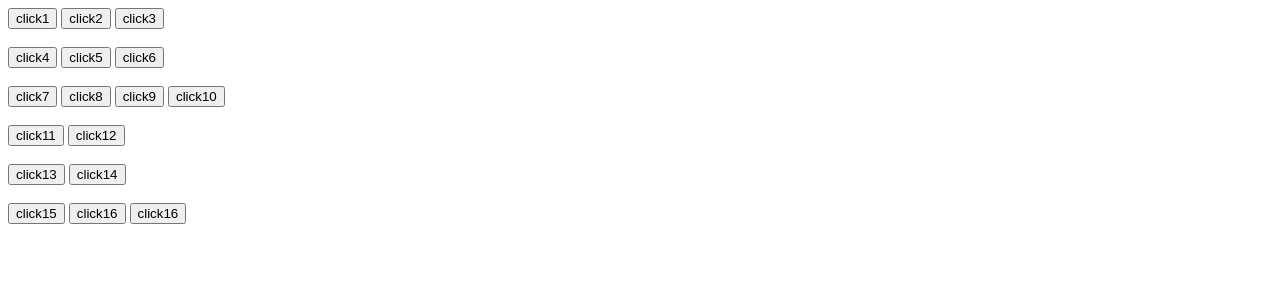
Repository: Jeong43/WebStudy
Page: JsonApp/WebContent/JsonTest07.html
An editor plug-in stored every save of this project. The page is shown before and after the next save, followed by the edit.
The browser window is 1280 px wide. The pictures show the whole page.

Above is the page before, as saved 2021-12-09 02:10:51.

### JsonApp/WebContent/JsonTest07.html
<!DOCTYPE html>
<html>
<head>
<meta charset="UTF-8">
<title>JsonTest07.html</title>
<script type="text/javascript">

	var myJsonObj7 =
	[
		"test"
	]

	var myJsonObj7_1 =
	[
		"test1", "test2"
	]

	var myJsonObj7_2 =
	[
		"test1", "test2", 123, 123+1
	]

</script>
</head>
<body>

<form action="">
	<!--@ → 더미로 보인다! -->
	<input type="button" value="click1" onclick="alert(myJsonObj7)" />
	<!-- → test -->

	<input type="button" value="click2" onclick="alert(myJsonObj7_1)" />
	<!-- → test1,test2 -->

	<input type="button" value="click3" onclick="alert(myJsonObj7_2)" />
	<!-- → test1,test2,123,124 -->

	<br /><br />

	<input type="button" value="click4" onclick="alert(typeof myJsonObj7)" />
	<!-- → object -->

	<input type="button" value="click5" onclick="alert(typeof myJsonObj7_1)" />
	<!-- → object -->

	<input type="button" value="click6" onclick="alert(typeof myJsonObj7_2)" />
	<!-- → object -->

	<br><br>

	<input type="button" value="click7" onclick="alert(myJsonObj7[0])" />
	<!-- → test -->

	<input type="button" value="click8" onclick="alert(typeof myJsonObj7[0])" />
	<!-- → string -->

	<input type="button" value="click9" onclick="alert(myJsonObj7[1])" />
	<!-- → undefined -->

	<input type="button" value="click10" onclick="alert(typeof myJsonObj7[1])" />
	<!-- → undefined -->

	<br /><br />

	<input type="button" value="click11" onclick="alert(myJsonObj7_1[0] + myJsonObj7_1[1])" />
	<!-- → test1test2 -->

	<input type="button" value="click12" onclick="alert(typeof (myJsonObj7_1[0] + myJsonObj7_1[1]))" />
	<!-- → string -->

	<br /><br />

	<input type="button" value="click13" onclick="alert(myJsonObj7_2[2] + myJsonObj7_2[3])" />
	<!-- → 247 -->

	<input type="button" value="click14" onclick="alert(typeof (myJsonObj7_2[2] + myJsonObj7_2[3]))" />
	<!-- → number -->

	<br><br>

	<input type="button" value="click15" onclick="alert(myJsonObj7_1[0] + myJsonObj7_1[2])" />
	<!-- → test1undefined -->

	<input type="button" value="click16" onclick="alert(typeof(myJsonObj7_1[0] + myJsonObj7_1[2]))" />
	<!-- → string -->

	<!-- check~!!! -->
	<input type="button" value="click16" onclick="alert(myJsonObj7_2[3] + myJsonObj7_2[4])" />
	<!-- 숫자 + 정의되지 않은 타입의 결합 -->


</form>

</body>
</html>

After the next save:
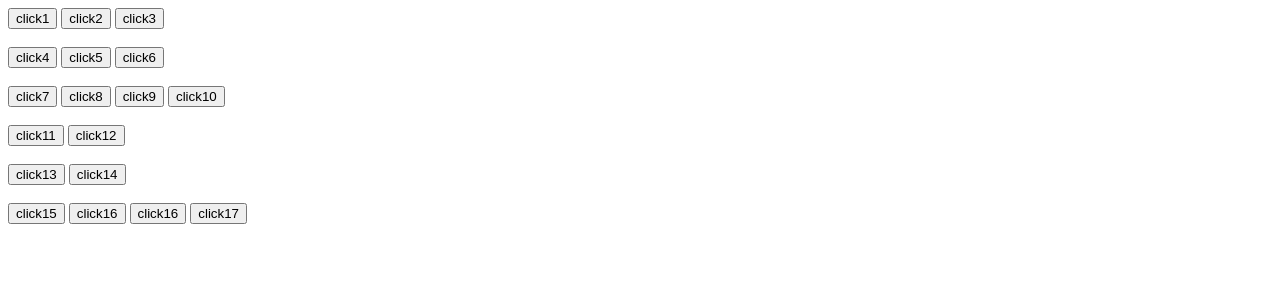
Saved 44 s later.
--- a/JsonApp/WebContent/JsonTest07.html
+++ b/JsonApp/WebContent/JsonTest07.html
@@ -87,7 +87,9 @@
 	<!-- check~!!! -->
 	<input type="button" value="click16" onclick="alert(myJsonObj7_2[3] + myJsonObj7_2[4])" />
 	<!-- 숫자 + 정의되지 않은 타입의 결합 -->
+	<!-- NaN : 숫자가 아니다 -->
 
+	<input type="button" value="click17" onclick="alert(typeof(myJsonObj7_2[3] + myJsonObj7_2[4]))" />
 
 </form>
 
